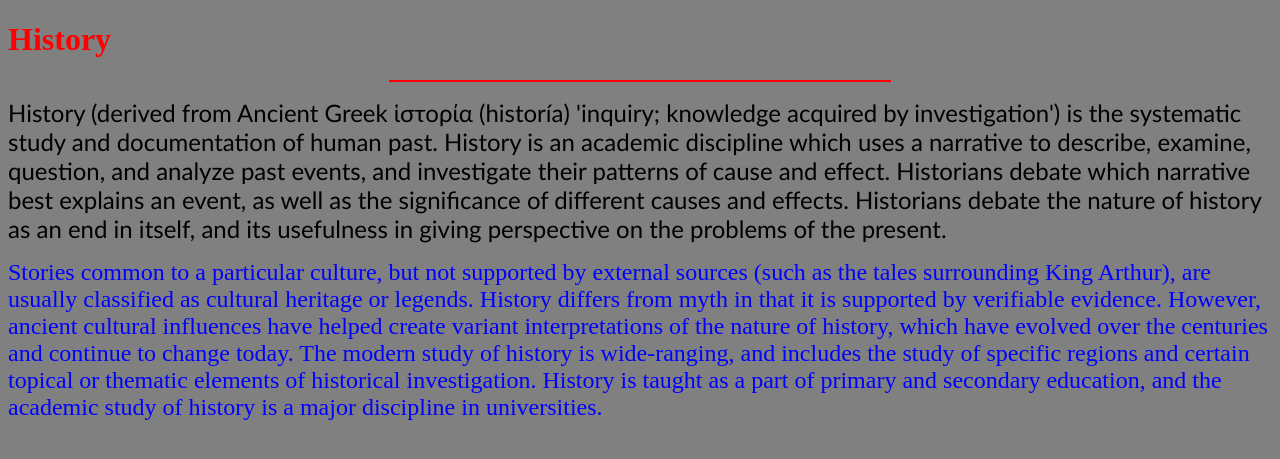
Repository: Haakim19/WebDevelopment
Page: history.html
These files come from the project's save history. The page is drawn as it stood at one moment and after the next save; the edit follows.
The browser window is 1280 px wide. The pictures show the whole page.

Above is the page before, as saved 2024-10-10 09:52:07.

After the next save:
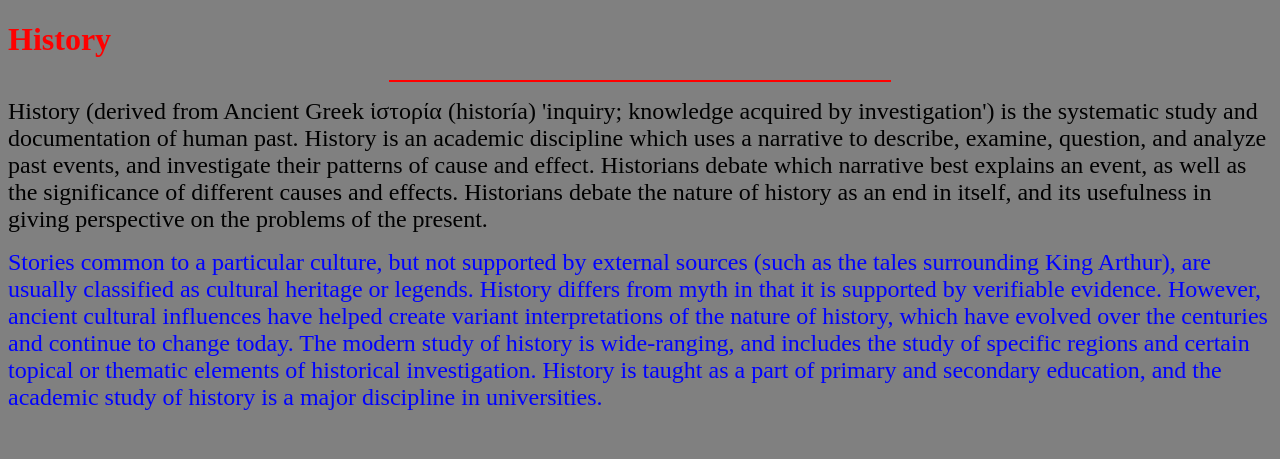
Saved 50 s later.
--- a/history.html
+++ b/history.html
@@ -6,9 +6,9 @@
     <title>History</title>
 </head>
 <body bgcolor="gray">
-    <h1><font face="algerian" color = "Red" aline="right">History</font></h1>
+    <h1><font face="algerian" color = "Red">History</font></h1>
     <hr color="red" width="500px">
-    <p><font face="candara" size="5px" aline="right">History (derived from Ancient Greek ἱστορία (historía) 'inquiry; knowledge acquired by investigation') is the systematic study and documentation of human past.
+    <p><font face="mono" size="5px" aline="right">History (derived from Ancient Greek ἱστορία (historía) 'inquiry; knowledge acquired by investigation') is the systematic study and documentation of human past.
         History is an academic discipline which uses a narrative to describe, examine, question, and analyze past events,
         and investigate their patterns of cause and effect.
         Historians debate which narrative best explains an event,
